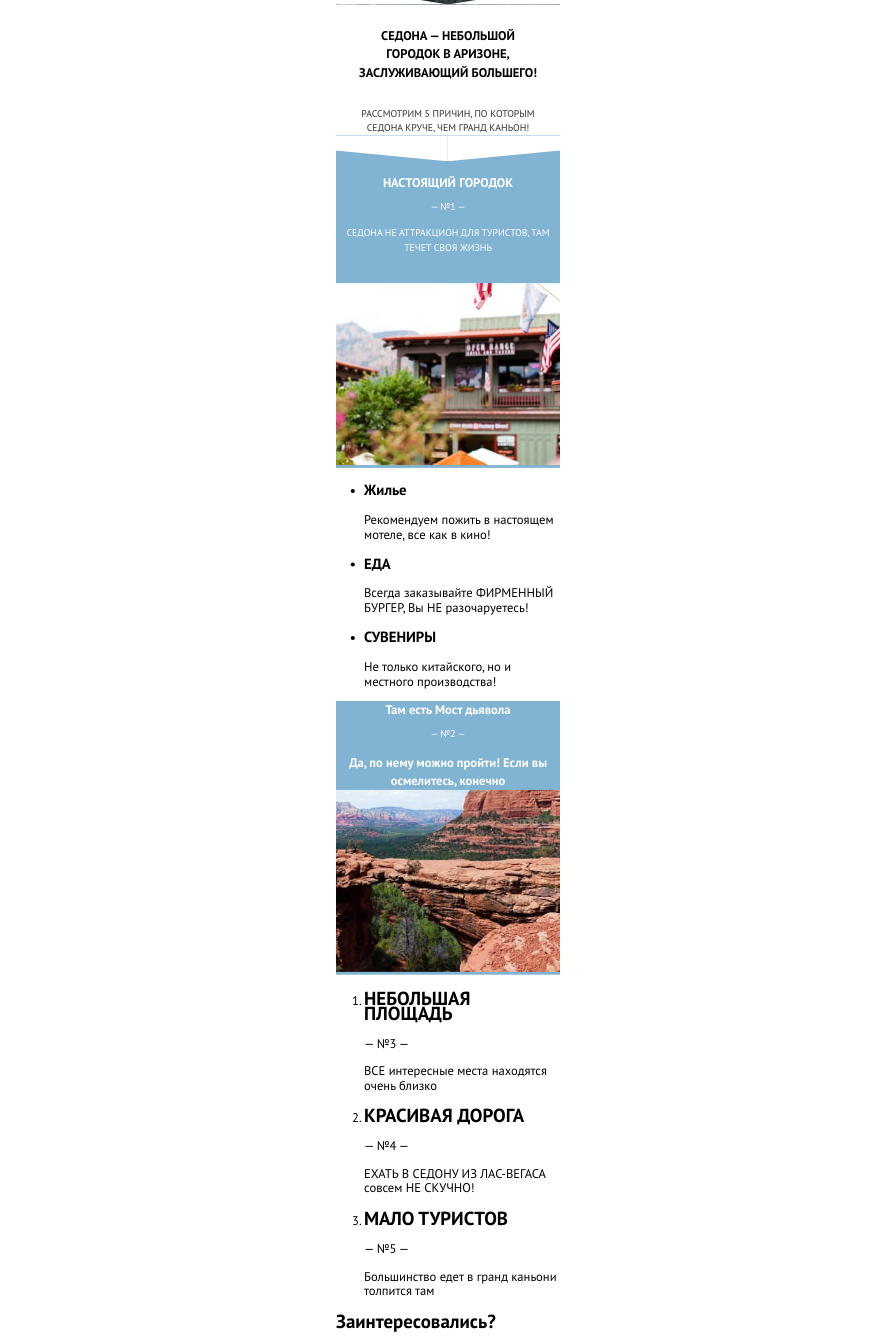
Repository: iKrekus/2149661-sedona-27
Page: source/index.html
An editor plug-in stored every save of this project. The page is shown before and after the next save, followed by the edit.
The browser window is 1280 px wide. The pictures show the part of the page from y = 439 to 2359 px (the page is 2932 px tall before and 3012 px after), at 70% of full size.
The style sheet was rebuilt from its Sass, Less or Tailwind sources for each picture, by a compiler version that may differ from the author's.

Above is the page before, as saved 2022-12-05 10:58:58.

### source/index.html
<!DOCTYPE html>
<html class="page" lang="ru">
  <head>
    <meta charset="utf-8">
    <link rel="stylesheet" href="css/style.css">
    <title>HTML Academy: Седона</title>
  </head>
<body class="page__body">
  <header class="main-header">
    <a class="main-header__logo">
      <img src="img/logos/logo.svg" width="185" height="96" alt="Логотип 'Седона'.">
    </a>
    <div class="main-nav">
      <button class="main-nav__toggle" type="button">
        <span class="visually-hidden">Меню</span>
        <svg width="23" height="22" viewBox="0 0 23 22" fill="currentColor" xmlns="http://www.w3.org/2000/svg"><path d="M22.9 0H0v4h22.9V0ZM22.9 9H0v4h22.9V9ZM22.9 18H0v4h22.9v-4Z"/></svg>
      </button>
      <nav class="main-nav__wrapper main-nav__wrapper--hidden">
        <a class="main-nav__item main-nav__item--current" href="index.html">
          Главная
        </a>
        <a class="main-nav__item" href="catalog.html">
          Фото и видео
        </a>
        <a class="main-nav__item" href="form.html">
          Форма отзыва
        </a>
        <a class="main-nav__item" href="https://htmlacademy.ru/">
          HTMLACADEMY
        </a>
      </nav>
      <button class="main-nav__toggle main-nav__toggle--close" type="button">
        <span class="visually-hidden">Закрыть</span>
        <svg width="23" height="23" viewBox="0 0 23 23" fill="currentColor" xmlns="http://www.w3.org/2000/svg"><path d="M22.2 2.8 19.4 0l-8.3 8.3L2.8 0 0 2.8l8.3 8.3L0 19.4l2.8 2.8 8.3-8.3 8.3 8.3 2.8-2.8-8.3-8.3 8.3-8.3Z"/></svg>
      </button>
    </div>
  </header>
  <main class="main-container">
    <h1 class="visually-hidden">Поиск гостиниц в Седоне</h1>
      <section class="hero-block">
        <div class="hero-text-wrapper">
          <h2 class="hero-block__title">
            СЕДОНА — небольшой городок в АРИЗОНЕ,<br> заслуживающий большего!
          </h2>
          <p class="hero-block__description">
            Рассмотрим 5 причин, по которым Седона круче, чем гранд каньон!
          </p>
        </div>
      </section>
    <section class="features">
      <div class="features-wrapper">
        <h3 class="features__features-title">
          НАСТОЯЩИЙ ГОРОДОК
        </h3>
        <p class="features__features-divider">
          <!--Далее будет сделан через псевдоэлемент Или потом будет выводится, как номер пункта в списке, если переделать features в список-->
          — №1 —
        </p>
        <p class="features__features-description">
          СЕДОНА НЕ АТТРАКЦИОН ДЛЯ ТУРИСТОВ, ТАМ ТЕЧЕТ СВОЯ ЖИЗНЬ
        </p>
      </div>
      <img class="features__image" src="img/photo/sedona-town-mobile.jpg" alt="Фото Города." width="320" height="260">
    </section>
    <section class="advantages">
      <ul class="advantages__list advantages__list--no-number">
        <li class="advantages__item">
          <h3 class="advantages__title">
            Жилье
          </h3>
          <p class="advantages__description">
            Рекомендуем пожить в настоящем мотеле, все как в кино!
          </p>
        </li>
        <li class="advantages__item">
          <h3 class="advantages__title">
            ЕДА
          </h3>
          <p class="advantages__description">
            Всегда заказывайте ФИРМЕННЫЙ БУРГЕР, Вы НЕ разочаруетесь!
          </p>
        </li>
        <li class="advantages__item">
          <h3 class="advantages__title">
            СУВЕНИРЫ
          </h3>
          <p class="advantages__description">
            Не только китайского, но и местного производства!
          </p>
        </li>
      </ul>
    </section>
    <section class="features">
        <h3 class="features__features-title">
          Там есть Мост дьявола
        </h3>
        <p class="features__features-divider">
          <!--Далее будет сделан через псевдоэлемент Или потом будет выводится, как номер пункта в списке, если переделать features в список-->
          — №2 —
        </p>
        <p class="features__features-title">
          Да, по нему можно пройти! Если вы осмелитесь, конечно
        </p>
      <img class="features__image" src="img/photo/devil-gridge-mobile.jpg" alt="Фото - 'Мост дьявола'." width="320" height="260">
    </section>
    <section class="advantages">
      <ol class="advantages__list">
        <li class="advantages__item">
          <h2 class="advantages__title">
            НЕБОЛЬШАЯ ПЛОЩАДЬ
          </h2>
          <p class="advantages__advantages-divider">
            <!--Далее будет сделан через псевдоэлемент Или потом будет выводится, как номер пункта в списке, если переделать features в список-->
            — №3 —
          </p>
          <p class="advantages__description">
            ВСЕ интересные места находятся очень близко
          </p>
        </li>
        <li class="advantages__item">
          <h2 class="advantages__title">
            КРАСИВАЯ ДОРОГА
          </h2>
          <p class="advantages__advantages-divider">
            <!--Далее будет сделан через псевдоэлемент Или потом будет выводится, как номер пункта в списке, если переделать features в список-->
            — №4 —
          </p>
          <p class="advantages__description">
            ЕХАТЬ В СЕДОНУ ИЗ ЛАС-ВЕГАСА совсем НЕ СКУЧНО!
          </p>
        </li>
        <li class="advantages__item">
          <h2 class="advantages__title">
            МАЛО ТУРИСТОВ
          </h2>
          <p class="advantages__advantages-divider">
            <!--Далее будет сделан через псевдоэлемент Или потом будет выводится, как номер пункта в списке, если переделать features в список-->
            — №5 —
          </p>
          <p class="advantages__description">
            Большинство едет в гранд каньони толпится там
          </p>
        </li>
      </ol>
    </section>
    <section class="action-form">
      <h2 class="action-form__title">Заинтересовались?</h2>
      <p class="action-form__description">Укажите предполагаемые даты поездки,<br>и мы покажем вам лучшие предложения гостиниц в Седоне</p>
      <a class="action-form__link button button-serch" href="#">Поиск гостиницы в седоне</a>
    </section>
    <div class="search-map">
      <img src="img/photo/map-mobile.jpg" alt="Карта." width="320" height="350">
    </div>
  </main>
  <footer class="main-footer">
    <p class="main-footer__title">
      #visitSEDONA
    </p>
      <div class="main-footer__social">
          <a class="main-footer__link button" href="https://vk.com/htmlacademy">
              <span class="visually-hidden">Вконтакте</span>
              <svg aria-hidden="true" focusable="false" width="24" height="14" fill="none" xmlns="http://www.w3.org/2000/svg">
                <path fill-rule="evenodd" clip-rule="evenodd" d="M24.116 1.804c.166-.546 0-.948-.795-.948h-2.625c-.668 0-.976.347-1.143.73 0 0-1.335 3.196-3.226 5.272-.612.602-.89.793-1.224.793-.167 0-.418-.19-.418-.738V1.804c0-.656-.184-.948-.74-.948H9.817c-.417
              0-.668.304-.668.593 0 .621.946.765 1.043 2.513V7.76c0 .833-.153.984-.487.984-.89 0-3.055-3.21-4.34-6.885-.249-.715-.5-1.003-1.172-1.003H1.566c-.75 0-.9.347-.9.73 0 .682.89 4.07 4.145 8.551 2.17 3.06 5.225 4.72 8.008 4.72 1.67 0 1.875-.369
              1.875-1.004V11.54c0-.737.158-.884.687-.884.39 0 1.057.192 2.615 1.667 1.78 1.75 2.073 2.533 3.075 2.533h2.625c.75 0 1.126-.368.91-1.096-.238-.724-1.088-1.775-2.215-3.022-.612-.71-1.53-1.475-1.809-1.858-.389-.49-.278-.71 0-1.147 0 0 3.2-4.426
              3.533-5.929h.001Z" fill="#83B3D3"/>
              </svg>
          </a>
          <a class="main-footer__link button" href="https://t.me/htmlacademy">
              <span class="visually-hidden">Телеграмм</span>
              <svg aria-hidden="true" focusable="false" width="18" height="16" fill="none" xmlns="http://www.w3.org/2000/svg">
                <path d="M16.79.96.84 7.1c-1.09.44-1.08 1.05-.2 1.32l4.1 1.28 9.47-5.98c.44-.27.85-.13.52.17l-7.68 6.93-.28 4.22c.41 0 .6-.2.83-.41l1.99-1.94 4.13 3.06c.77.42 1.31.2 1.5-.71l2.72-12.8c.28-1.1-.43-1.61-1.16-1.28Z" fill="#83B3D3"/>
              </svg>
          </a>
          <a class="main-footer__link button" href="https://www.youtube.com/user/htmlacademyru">
              <span class="visually-hidden">Youtube</span>
              <svg aria-hidden="true" focusable="false" width="22" height="17" fill="none" xmlns="http://www.w3.org/2000/svg">
                <path d="M18.94.356H3.507C1.647.356.333 1.95.333 3.756V13.85c0 1.913 1.314 3.506 3.174 3.506H19.16c1.642 0 3.174-1.593 3.174-3.4v-10.2c-.219-1.806-1.532-3.4-3.393-3.4ZM7.995 12.894V4.819l7.333 4.037-7.333 4.038Z" fill="#83B3D3"/>
              </svg>
          </a>
      </div>
      <div class="copyrirht-footer-wrapper">
        <div class="copyrirht-footer">
          <a class="copyrirht-footer__link" href="https://htmlacademy.ru/">
            <span class="copyrirht-footer__description">Разарботанно</span>
            <span class="visually-hidden">HTML Academy</span>
            <svg xmlns="http://www.w3.org/2000/svg" viewBox="0 0 60 60" width="27" height="34"><path fill="#000000" d="M30.2 5h-.2l-19.7 2.1v36.2l19.7 11.7 19.7-11.7v-36.2l-19.5-2.1zm17 36.8l-17.2 10.2-17.2-10.2v-14.8l17.1 10.2v1.8l-11.7-7v1.8l11.8 7.1v1.9l-11.8-7v1.8l11.8 7 11.9-7.1v-7.6l5.3-3.2v15.1zm-.1-17l-4.7 2.8-2.2 1.3-10.3-6.1v1.8l8.8 5.3h-.1l-.2.1-1.3.7-7.3-4.3v1.8l5.8 3.4-1.4.9-4.3-2.6v1.8l2.9 1.7-2.9 1.7-17-10.1 17-10.2 17.2 10zm.1-1.8l-17.3-10.2-17.1 10.2v-13.6l17.2-1.8 17.2 1.8v13.6z"/></svg>
          </a>
        </div>
      </div>
  </footer>
</body>
</html>

### source/sass/style.scss
// Начните писать стили здесь
@use "./blocks/mixins.scss";
@use "./blocks/variables.scss";
@use "./blocks/header/main-header.scss";
@use "./blocks/header/main-container.scss";
@use "./blocks/header/main-nav.scss";
@use "./blocks/body/hero-block.scss";
@use "./blocks/body/features.scss";
@use "./blocks/body/advantages.scss";


@font-face {
  font-family: "PT sans";
  src: url("../fonts/ptsans.woff") format("woof"), url("../fonts/ptsans.woff2") format("woff2");
  font-style: normal;
  font-weight: 400;
  font-display: swap;
}

@font-face {
  font-family: "PT sans";
  src: url("../fonts/ptsansbold.woff") format("woof"), url("../fonts/ptsansbold.woff2") format("woff2");
  font-style: normal;
  font-weight: 700;
  font-display: swap;
}

/* .page__body */
body {
  font-family: "PT Sans", sans-serif;
  font-size: 18px;
  font-style: normal;
  font-weight: 400;
  line-height: 21px;
  display: -webkit-box;
  display: -ms-flexbox;
  display: flex;
  -webkit-box-orient: vertical;
  -webkit-box-direction: normal;
  -ms-flex-direction: column;
  flex-direction: column;
  min-height: 100%;
  width: 320px;
  margin: 0 auto;
}

.visually-hidden {
  position: absolute;
  width: 1px;
  height: 1px;
  margin: -1px;
  border: 0;
  padding: 0;
  white-space: nowrap;
  clip-path: inset(100%);
  clip: rect(0 0 0 0);
  overflow: hidden;
}

### source/sass/blocks/mixins.scss

//Mixins for text
@mixin font-title-mob {
  font-weight: 700;
  font-size: 18px;
  line-height: 26px;
}

@mixin font-description-mob {
  font-weight: 400;
  font-size: 14px;
  line-height: 21px;
}

//Mixins to blocks
//Vertical middle centred block

### source/sass/blocks/variables.scss
//Variable colors
$primary-text-color: #000000;
$secondary-text-color: #333333;
$light-text-color: #ffffff;

### source/sass/blocks/header/main-header.scss
@use "../mixins.scss" as mixin;
@use "../variables.scss" as var;

.main-header {
  background-color: #ffffff;
  position: relative;
}

.main-header__logo {
  position: absolute;
  z-index: 1;
  left: 50%;
  transform: translateX(-50%);
}

### source/sass/blocks/header/main-container.scss
@use "../mixins.scss" as mixin;
@use "../variables.scss" as var;

### source/sass/blocks/header/main-nav.scss
@use "../mixins.scss" as mixin;
@use "../variables.scss" as var;

.main-nav {
  width: 100%;
  min-height: 56px;
  display: flex;
  justify-content: center;
  align-items: center;
  position: relative;
}

.main-nav__wrapper {
  display: flex;
  flex-direction: column;
  justify-content: center;
  width: 100%;
  position: absolute;
  top: 0;

  &--hidden {
    display: none;
  }
}

.main-nav__toggle {
  position: absolute;
  right: 20px;
  top: 17px;
  background: none;
  border: none;
  padding: 0;
  margin: 0;
  color: #81b3d2;

  &--close {
    color: #ffffff;
    z-index: 2;
    cursor: pointer;
    display: none;
  }
}

.main-nav__item {
  text-align: center;
  text-decoration: none;
  padding: 17px 20px 12px;
  box-sizing: border-box;
  font-weight: 700;
  font-size: 18px;
  line-height: 26px;
  text-transform: uppercase;
  color: #ffffff;
  border-bottom: 1px solid #678fa8;
  background-color: #80b2d1;
  z-index: 2;

  &--current {
    background-color: #678fa8;
  }
}

.main-nav__item:not(:first-child) {
  border-top: 1px solid #e7e5e5;
}

.main-nav__item:last-child {
  box-shadow: inset 0 -5px 5px -6px #000000;
}

### source/sass/blocks/body/hero-block.scss
@use "../mixins.scss" as mixin;
@use "../variables.scss" as var;

.hero-block {
  position: relative;

  &::before {
    content: " ";
    display: block;
    min-height: 389px;
    width: 100%;
    background: url("../img/bacgrounds/divider.svg") no-repeat center bottom, url("../img/bacgrounds/hero-title.svg") no-repeat center 51px, #d3e4ee url("../img/bacgrounds/background-hero-mobile.jpg") no-repeat center;
  }

  &::after {
    content: "";
    display: block;
    position: absolute;
    height: 37px;
    bottom: -37px;
    width: 100%;
    background: url("../img/bacgrounds/divider-bottom.svg") no-repeat center bottom;
  }
}

.hero-text-wrapper {
  padding: 0 30px;
  padding-top: 32px;
  position: relative;
}

.hero-block__title {
  text-transform: uppercase;
  text-align: center;

  @include mixin.font-title-mob;
  color: var.$primary-text-color;
  margin: 0;
}

.hero-block__description {
  padding-top: 35px;
  text-transform: uppercase;
  text-align: center;

  @include mixin.font-description-mob;
  color: var.$secondary-text-color;
  margin: 0;
}

### source/sass/blocks/body/features.scss
@use "../mixins.scss" as mixin;
@use "../variables.scss" as var;

.features {
  background-color: #81b3d2;
  text-align: center;
  padding: 0;
}

.features-wrapper {
  padding-top: 54px;
  padding-bottom: 40px;
}

.features__features-title {
  @include mixin.font-title-mob;
  color: var.$light-text-color;
  margin: 0;
}

.features__features-divider {
  @include mixin.font-description-mob;
  color: var.$light-text-color;
  margin: 0;
  margin-top: 11px;
  margin-bottom: 17px;
}

.features__features-description {
  @include mixin.font-description-mob;
  color: var.$light-text-color;
  margin: 0;
}

### source/sass/blocks/body/advantages.scss
@use "../mixins.scss" as mixin;
@use "../variables.scss" as var;

.hero-block {
  position: relative;

  &::before {
    content: " ";
    display: block;
    min-height: 389px;
    width: 100%;
    background: url("../img/bacgrounds/divider.svg") no-repeat center bottom, url("../img/bacgrounds/hero-title.svg") no-repeat center 51px, #d3e4ee url("../img/bacgrounds/background-hero-mobile.jpg") no-repeat center;
  }

  &::after {
    content: "";
    display: block;
    position: absolute;
    height: 37px;
    bottom: -37px;
    width: 100%;
    background: url("../img/bacgrounds/divider-bottom.svg") no-repeat center bottom;
  }
}

.hero-text-wrapper {
  padding: 0 30px;
  padding-top: 32px;
  position: relative;
}

.hero-block__title {
  text-transform: uppercase;
  text-align: center;

  @include mixin.font-title-mob;
  color: var.$primary-text-color;
  margin: 0;
}

.hero-block__description {
  padding-top: 35px;
  text-transform: uppercase;
  text-align: center;

  @include mixin.font-description-mob;
  color: var.$secondary-text-color;
  margin: 0;
}

After the next save:
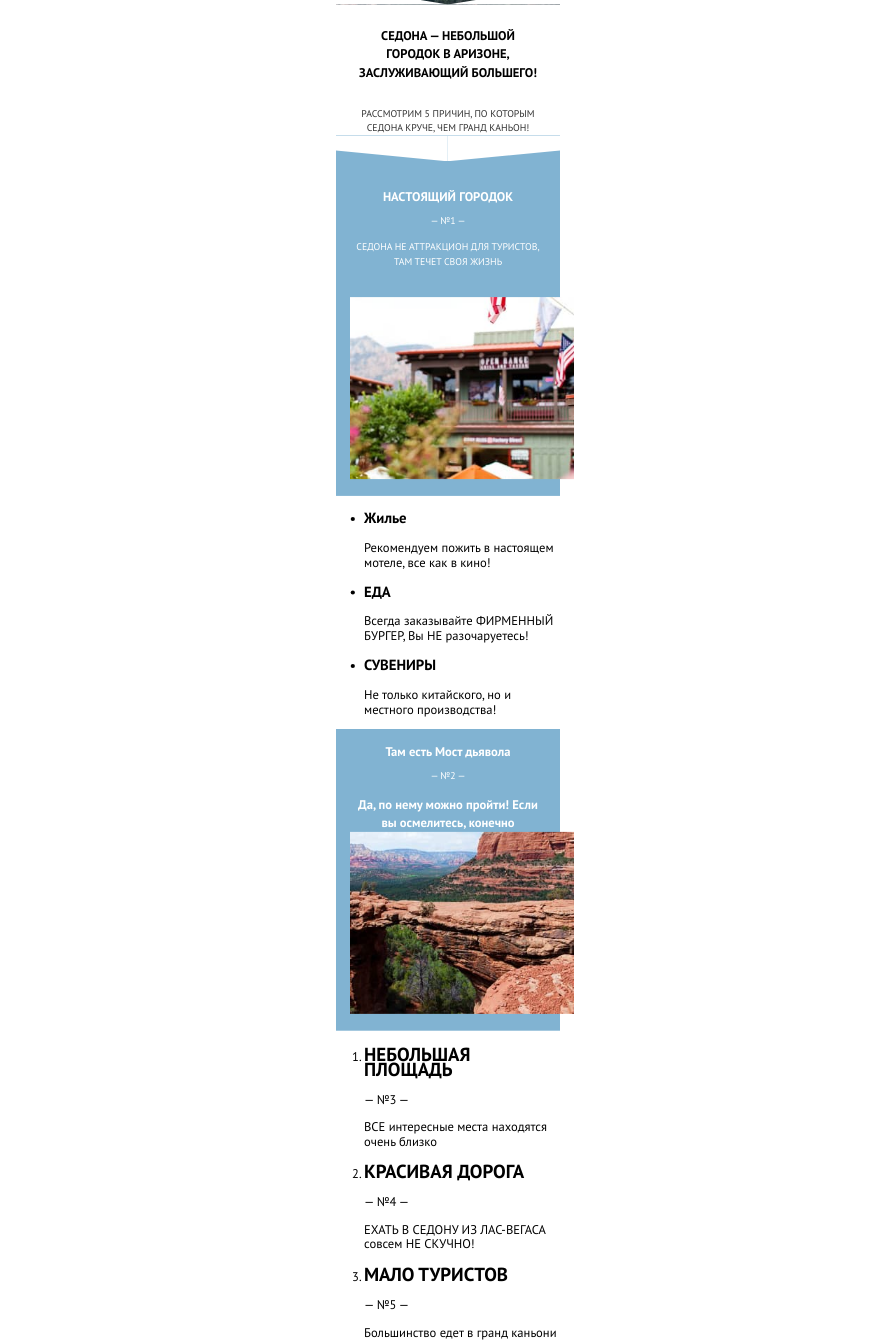
Saved 7 s later.
--- a/source/sass/blocks/body/features.scss
+++ b/source/sass/blocks/body/features.scss
@@ -4,7 +4,7 @@
 .features {
   background-color: #81b3d2;
   text-align: center;
-  padding: 0;
+  padding: 20px;
 }
 
 .features-wrapper {

After the save that followed:
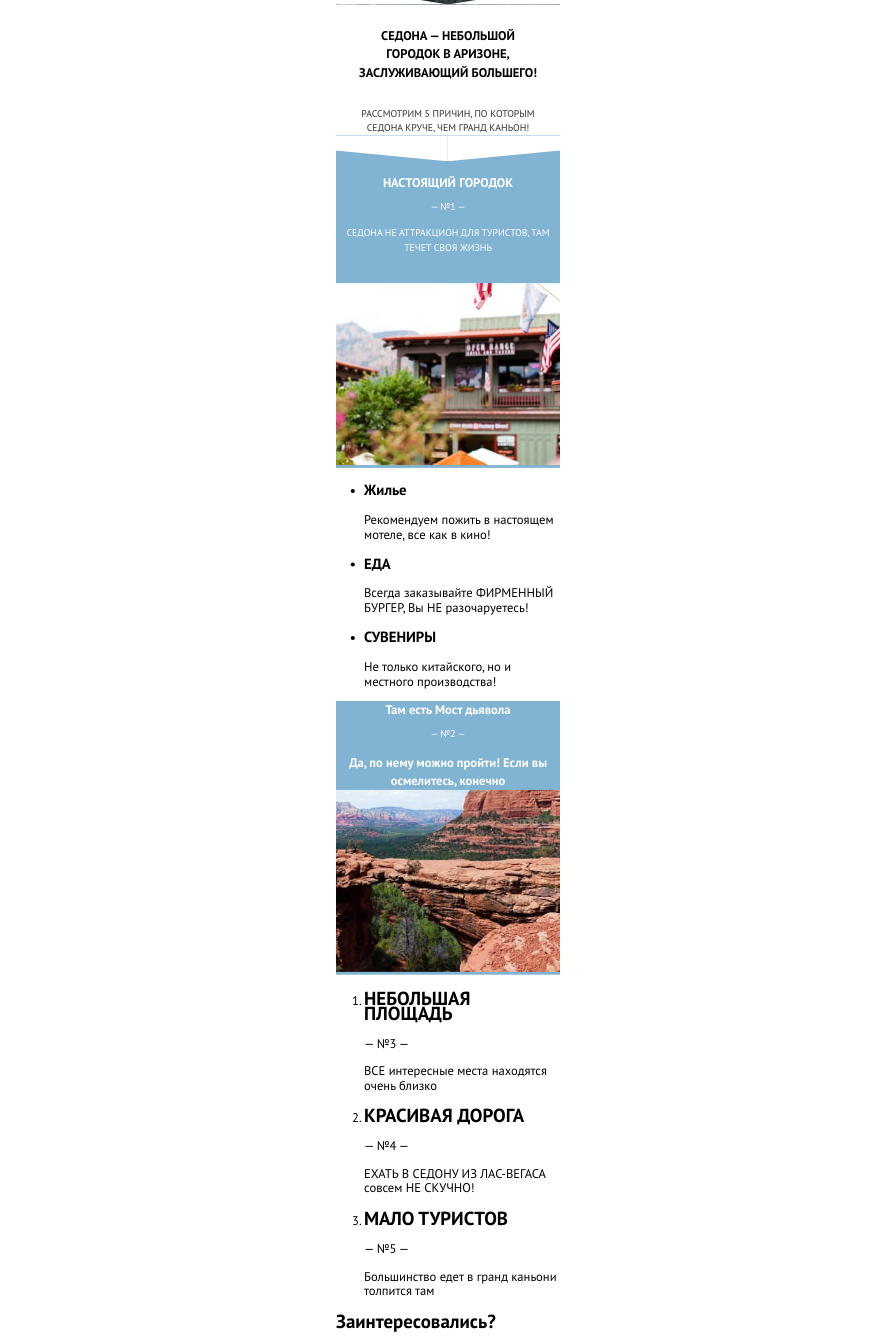
Saved 18 s later.
--- a/source/sass/blocks/body/features.scss
+++ b/source/sass/blocks/body/features.scss
@@ -4,7 +4,7 @@
 .features {
   background-color: #81b3d2;
   text-align: center;
-  padding: 20px;
+
 }
 
 .features-wrapper {
